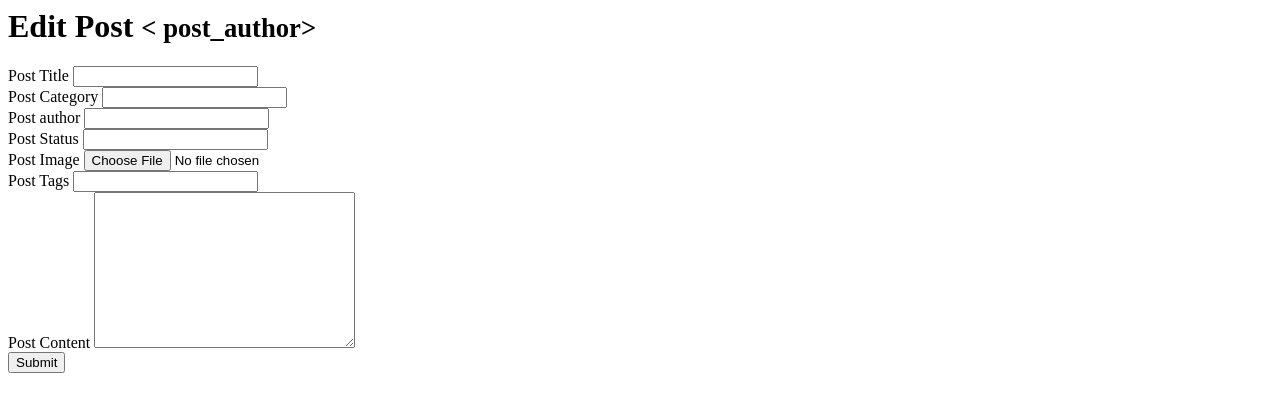
Repository: Mr-Robbit/CMS
Page: http://localhost/admin/includes/edit_post.php
These files come from the project's save history. The page is drawn as it stood at one moment and after the next save; the edit follows.
The browser window is 1280 px wide. The pictures show the whole page.
The page is run by PHP 8.4 with error messages shown; the project is at /var/www/html/.

Above is the page before, as saved 2021-02-02 21:12:36.

After the next save:
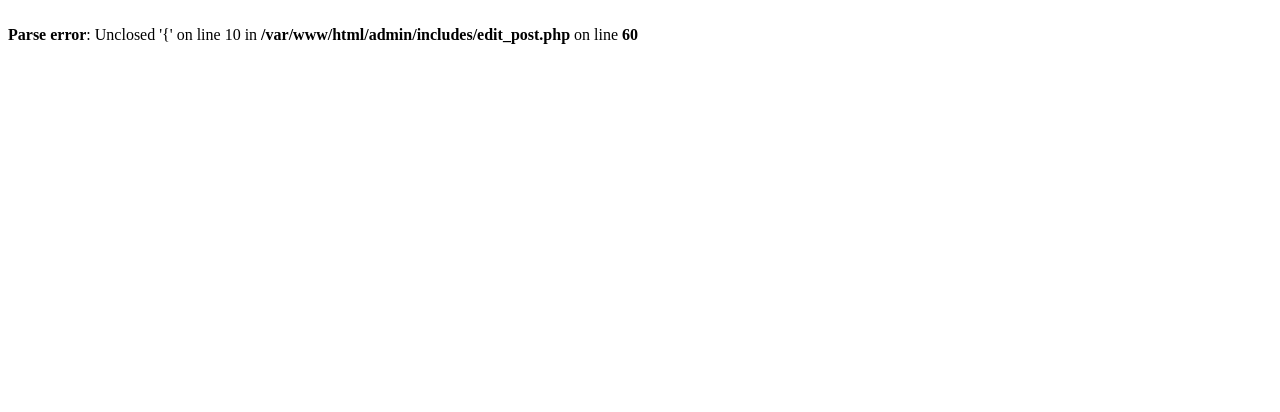
Saved 2 min 37 s later.
--- a/admin/includes/edit_post.php
+++ b/admin/includes/edit_post.php
@@ -1,4 +1,25 @@
+<?php
+$p_id = $_GET['p_id'];
+$query = 'SELECT * FROM posts';
+        global $connection;
+        $query_all_posts = mysqli_query($connection, $query);
+        if(!$query_all_posts){
+        die("query failed" . mysqli_error($connection));
+        };
 
+        while( $list_all_posts = mysqli_fetch_assoc($query_all_posts )){
+            $post_id = $list_all_posts['post_id'];
+            $post_author = $list_all_posts['post_author'];
+            $post_title = $list_all_posts['post_title'];
+            $post_category_id = $list_all_posts['post_category_id'];
+            $post_status = $list_all_posts['post_status'];
+            $post_image = $list_all_posts['post_image'];
+            $post_tags = $list_all_posts['post_tag'];
+            $post_comment_count = $list_all_posts['post_comment_count'];
+            $post_date = $list_all_posts['post_date'];
+
+
+?>
 
 
 
